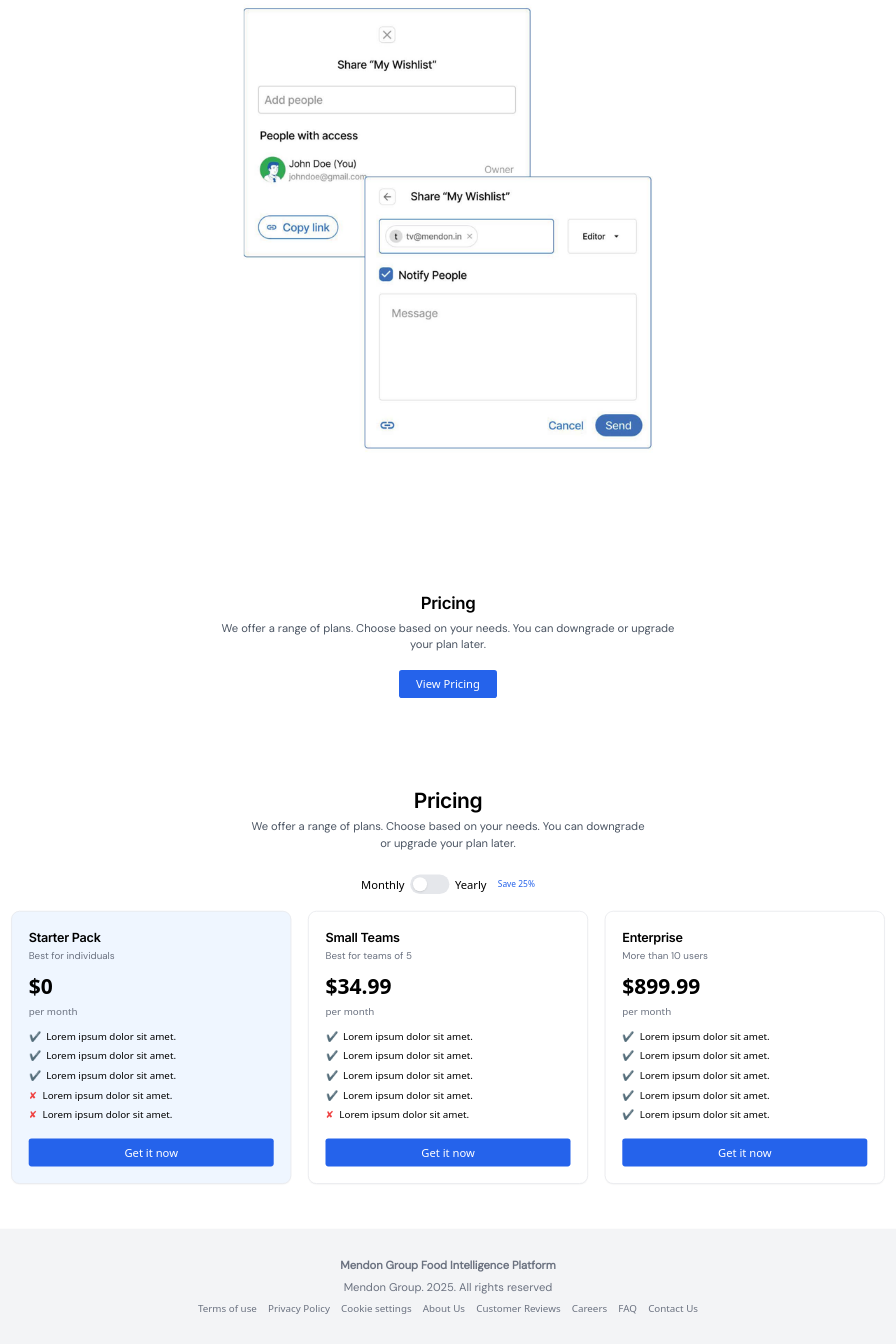
Repository: nikhilchikkam/im-project
Page: /products (app in frontend/)
An editor plug-in stored every save of this project. The page is shown before and after the next save, followed by the edit.
The browser window is 1280 px wide. The pictures show the part of the page from y = 1355 to 3275 px (the page is 3275 px tall before and 2995 px after), at 70% of full size.
The project was rebuilt for these pictures with package versions that can differ from the ones it lists, and the page was loaded fresh each time. Also part of the build but not shown: frontend/vite.config.ts, frontend/src/components/NavbarAfter.tsx, frontend/src/pages/AuthLandingPage.tsx, frontend/src/features/auth/AuthLayout.tsx, frontend/src/components/Input.tsx, frontend/src/features/auth/LoginForm.tsx, frontend/src/pages/LoginPage.tsx, frontend/src/features/auth/ForgotPasswordForm.tsx and 4 more.

Above is the page before, as saved 2025-06-11 19:20:36.

### frontend/index.html
<!doctype html>
<html lang="en">
  <head>
    <meta charset="UTF-8" />
    <link rel="icon" type="image/svg+xml" href="/vite.svg" />
    <link rel="preconnect" href="https://fonts.googleapis.com" />
    <link rel="preconnect" href="https://fonts.gstatic.com" crossorigin />
    <link href="https://fonts.googleapis.com/css2?family=Inter:wght@400;500;600&family=DM+Sans:wght@400&display=swap" rel="stylesheet" />
    <meta name="viewport" content="width=device-width, initial-scale=1.0" />
    <title>Nutrigence – Smarter Food Decisions</title>
</head>

  <body>
    <div id="root"></div>
    <script type="module" src="/src/main.tsx"></script>
  </body>
</html>

### frontend/src/main.tsx
// src/main.tsx
import React from 'react';
import ReactDOM from 'react-dom/client';
import App from './App';
import { BrowserRouter } from 'react-router-dom';
import './index.css';

ReactDOM.createRoot(document.getElementById('root')!).render(
  <React.StrictMode>
    <BrowserRouter>
      <App />
    </BrowserRouter>
  </React.StrictMode>
);

### frontend/src/App.tsx
// src/App.tsx
import { Routes, Route } from 'react-router-dom';
import AuthLandingPage from './pages/AuthLandingPage';
import LoginPage from './pages/LoginPage';
import ForgotPasswordPage from './pages/ForgotPasswordPage';
import ProductsPage from './pages/LandingPage';
import PricingPage from './pages/PricingPage';
import ResourcesPage from './pages/ResourcesPage';
import ContactPage from './pages/ContactPage';
import LandingPage from './pages/LandingPage';
// import SignupPage from './pages/SignupPage'; // Enable when needed

const App = () => {
  return (
    <Routes>

      <Route path="/" element={<LandingPage />} />

      <Route path="/auth" element={<AuthLandingPage />} />


      <Route path="/login" element={<LoginPage />} />
      <Route path="/forgot-password" element={<ForgotPasswordPage />} />
      {/* <Route path="/signup" element={<SignupPage />} /> */}


      <Route path="/products" element={<ProductsPage />} />
      <Route path="/pricing" element={<PricingPage />} />
      <Route path="/resources" element={<ResourcesPage />} />
      <Route path="/contact" element={<ContactPage />} />
    </Routes>
  );
};

export default App;

### frontend/src/index.css
@tailwind base;
@tailwind components;
@tailwind utilities;

@layer base {
  h1 { @apply text-h1 font-inter; }
  h2 { @apply text-h2 font-inter; }
  h3 { @apply text-h3 font-inter; }
  h4 { @apply text-h4 font-inter; }
  h5 { @apply text-h5 font-inter; }
  h6 { @apply text-h6 font-inter; }
  p  { @apply text-p font-dm; }
}

### frontend/src/pages/LandingPage.tsx
import { Link } from 'react-router-dom';
import NavbarBefore from '../components/NavbarBefore';
import { PricingSection } from '../features/pricing/PricingSection';

const LandingPage = () => {
  return (
    <div className="min-h-screen">
      <NavbarBefore />
      {/* Hero Section */}
      <section className="text-center px-6 py-16 max-w-3xl mx-auto">
        <div className="mb-4">
          <span className="text-sm px-4 py-1 rounded-full border border-blue-600 text-blue-600">
            more analysis features coming soon
          </span>
        </div>
        <h1 className="text-4xl font-bold mb-4">
          The Easiest Way to Find Foods That <br /> Meet the Standard.
        </h1>
        <p className="text-gray-600 mb-6">
          Quickly search, compare, and select food products that align with nutrition guidelines —
          built for restaurants, distributors, retailers, and manufacturers.
        </p>
        <button className="bg-blue-600 text-white px-6 py-2 rounded hover:bg-blue-700">
          Get it now
        </button>
      </section>

      {/* Summary Paragraph */}
      <div className="text-center text-gray-500 px-6 mb-16">
        <p>
          Lorem ipsum dolor sit amet, consectetur adipiscing elit, sed do eiusmod tempor incididunt ut
          labore et dolore magna aliqua. Lorem ipsum dolor sit amet.
        </p>
      </div>

      {/* Features Section */}
      <section className="px-6 py-16 max-w-6xl mx-auto text-center">
        <h2 className="text-2xl font-semibold mb-4">Quicker analysis</h2>
        <p className="text-gray-600 mb-10">
          Comparing doesn’t have to be hard. We offer a range of USDA-approved guidelines to compare
          the food products against.
        </p>
        <img src="comparison.png" alt="Product Comparison" className="mx-auto mb-16" />

        <h2 className="text-2xl font-semibold mb-2">Team collaboration</h2>
        <p className="text-gray-600 mb-10">
          Edit food lists whenever and wherever. We offer team collaboration to edit and make lists together.
        </p>
        <img src="collab.png" alt="Team Collaboration" className="mx-auto mb-16" />
      </section>

      {/* Pricing Teaser */}
      <section className="text-center px-6 py-16">
        <h2 className="text-2xl font-bold mb-2">Pricing</h2>
        <p className="text-gray-600 mb-6 max-w-2xl mx-auto">
          We offer a range of plans. Choose based on your needs. You can downgrade or upgrade your plan later.
        </p>
        <Link to="/pricing">
          <button className="bg-blue-600 text-white px-6 py-2 rounded hover:bg-blue-700">
            View Pricing
          </button>
        </Link>
      </section>

       <PricingSection />

      {/* Footer Placeholder */}
      <footer className="bg-gray-100 px-6 py-10 text-sm text-gray-500 text-center">
        <p className="font-semibold mb-2">Mendon Group Food Intelligence Platform</p>
        <p>Mendon Group. 2025. All rights reserved</p>
        <div className="flex justify-center gap-4 mt-2 flex-wrap">
          <a href="#">Terms of use</a>
          <a href="#">Privacy Policy</a>
          <a href="#">Cookie settings</a>
          <a href="#">About Us</a>
          <a href="#">Customer Reviews</a>
          <a href="#">Careers</a>
          <a href="#">FAQ</a>
          <a href="#">Contact Us</a>
        </div>
      </footer>
    </div>
  );
};

export default LandingPage;

### frontend/src/components/NavbarBefore.tsx
import { Link } from 'react-router-dom';
import { Button } from './Button';

const NavbarBefore = () => {
  return (
    <header className="w-full px-6 py-4 flex justify-between items-center border-b">
      <div className="text-xl font-bold">Nutrition Logo</div>
      <nav className="flex gap-6 text-base font-medium">
        <Link to="/products">Products</Link>
        <Link to="/pricing">Pricing</Link>
        <Link to="/resources">Resources</Link>
        <Link to="/contact">Contact us</Link>
        <Link to="/signup">
          <Button size="sm">Sign up</Button>
        </Link>
      </nav>
    </header>
  );
};

export default NavbarBefore;

### frontend/src/components/Button.tsx
import React from 'react';
import clsx from 'clsx';

type ButtonProps = {
  children: React.ReactNode;
  variant?: 'primary' | 'secondary' | 'outline' | 'ghost';
  size?: 'sm' | 'md' | 'lg';
  type?: 'button' | 'submit' | 'reset';
  disabled?: boolean;
  onClick?: () => void;
  className?: string;
};

const base = 'rounded-xl font-medium transition-colors focus:outline-none focus-visible:ring-2';
const sizes = {
  sm: 'px-3 py-1.5 text-sm',
  md: 'px-4 py-2 text-base',
  lg: 'px-6 py-3 text-lg',
};
const variants = {
  primary: 'bg-[#2480f8] text-white hover:bg-[#185abc]',
  secondary: 'bg-[#34A853] text-white hover:bg-green-700',
  outline: 'border border-[#2480f8] text-[#2480f8] hover:bg-blue-50',
  ghost: 'text-[#2480f8] hover:bg-blue-50',
};

export const Button = ({
  children,
  variant = 'primary',
  size = 'md',
  type = 'button',
  disabled,
  onClick,
  className,
}: ButtonProps) => (
  <button
    type={type}
    onClick={onClick}
    disabled={disabled}
    className={clsx(base, sizes[size], variants[variant], className, { 'opacity-50 cursor-not-allowed': disabled })}
  >
    {children}
  </button>
);

### frontend/src/features/pricing/PricingSection.tsx
import { useState } from 'react';
import { PricingToggle } from './PricingToggle';
import { PricingCard } from './PricingCard';

const plans = {
  monthly: [
    {
      title: 'Starter Pack',
      subtitle: 'Best for individuals',
      price: '$0',
      period: 'per month',
      features: [true, true, true, false, false],
    },
    {
      title: 'Small Teams',
      subtitle: 'Best for teams of 5',
      price: '$34.99',
      period: 'per month',
      features: [true, true, true, true, false],
    },
    {
      title: 'Enterprise',
      subtitle: 'More than 10 users',
      price: '$899.99',
      period: 'per month',
      features: [true, true, true, true, true],
    },
  ],
  yearly: [
    {
      title: 'Starter Pack',
      subtitle: 'Best for individuals',
      price: '$0',
      period: 'per year',
      features: [true, true, true, false, false],
    },
    {
      title: 'Small Teams',
      subtitle: 'Best for teams of 5',
      price: '$799.99',
      period: 'per year',
      features: [true, true, true, true, false],
    },
    {
      title: 'Enterprise',
      subtitle: 'More than 10 users',
      price: '$1099.99',
      period: 'per year',
      features: [true, true, true, true, true],
    },
  ],
};

const featureTexts = [
  'Lorem ipsum dolor sit amet.',
  'Lorem ipsum dolor sit amet.',
  'Lorem ipsum dolor sit amet.',
  'Lorem ipsum dolor sit amet.',
  'Lorem ipsum dolor sit amet.',
];

export const PricingSection = () => {
  const [billing, setBilling] = useState<'monthly' | 'yearly'>('monthly');

  return (
    <section className="max-w-7xl mx-auto px-4 py-16">
      <h2 className="text-3xl font-bold text-center mb-2">Pricing</h2>
      <p className="text-center text-gray-600 max-w-xl mx-auto mb-8">
        We offer a range of plans. Choose based on your needs. You can downgrade or upgrade your plan later.
      </p>

      <PricingToggle billing={billing} onChange={setBilling} />

      <div className="grid md:grid-cols-3 gap-6">
        {plans[billing].map((plan, i) => (
          <PricingCard
            key={i}
            title={plan.title}
            subtitle={plan.subtitle}
            price={plan.price}
            period={plan.period}
            features={featureTexts.map((text, idx) => ({
              text,
              included: plan.features[idx],
            }))}
            highlight={i === 0} // highlight starter
          />
        ))}
      </div>
    </section>
  );
};

### frontend/src/features/pricing/PricingToggle.tsx
type Props = {
  billing: 'monthly' | 'yearly';
  onChange: (val: 'monthly' | 'yearly') => void;
};

export const PricingToggle = ({ billing, onChange }: Props) => {
  return (
    <div className="flex items-center gap-2 mb-6 justify-center">
      <span>Monthly</span>
      <button
        className={`w-14 h-7 rounded-full p-1 transition bg-gray-200 flex ${
          billing === 'yearly' ? 'justify-end' : 'justify-start'
        }`}
        onClick={() => onChange(billing === 'monthly' ? 'yearly' : 'monthly')}
      >
        <div className="w-5 h-5 bg-white rounded-full shadow" />
      </button>
      <span>Yearly</span>
      <span className="text-xs text-blue-600 ml-2">Save 25%</span>
    </div>
  );
};

### frontend/src/features/pricing/PricingCard.tsx
type PricingCardProps = {
  title: string;
  subtitle: string;
  price: string;
  period: string;
  features: { text: string; included: boolean }[];
  highlight?: boolean;
};

export const PricingCard = ({
  title,
  subtitle,
  price,
  period,
  features,
  highlight = false,
}: PricingCardProps) => {
  return (
    <div className={`rounded-xl p-6 shadow-sm border ${highlight ? 'bg-blue-50' : 'bg-white'}`}>
      <h3 className="text-lg font-semibold">{title}</h3>
      <p className="text-sm text-gray-500 mb-4">{subtitle}</p>
      <div className="text-3xl font-bold mb-2">{price}</div>
      <div className="text-sm text-gray-500 mb-4">{period}</div>

      <ul className="space-y-2 mb-6">
        {features.map((f, idx) => (
          <li key={idx} className="flex items-center gap-2 text-sm">
            <span className={f.included ? 'text-green-600' : 'text-red-500'}>
              {f.included ? '✔' : '✘'}
            </span>
            {f.text}
          </li>
        ))}
      </ul>

      <button className="w-full py-2 bg-blue-600 text-white rounded hover:bg-blue-700">
        Get it now
      </button>
    </div>
  );
};

### frontend/tailwind.config.js
/** @type {import('tailwindcss').Config} */
export default {
  content: [
    "./index.html",
    "./src/**/*.{js,ts,jsx,tsx}",
  ],
  theme: {
    extend: {
      fontFamily: {
        inter: ['Inter', 'sans-serif'],
        dm: ['"DM Sans"', 'sans-serif'],
      },
      colors: {
        primary: '#2480f8',
        secondary: '#185abc',
        accent: '#34A853',
        error: {
          DEFAULT: '#FF2E1F',
          light: '#FF9283',
          medium: '#FF6051',
        },
        warning: {
          light: '#FFFFC4',
          DEFAULT: '#FFFF9C',
          strong: '#f3f63d',
        },
        success: {
          light: '#82FF82',
          DEFAULT: '#1EEA1E',
          strong: '#00CC00',
        },
        neutral: {
          50: '#ffffff',
          100: '#e8e8e8',
          200: '#d2d2d2',
          300: '#bbbbbb',
          400: '#a4a4a4',
          500: '#8e8e8e',
          600: '#777777',
          700: '#606060',
          800: '#4a4a4a',
          900: '#333333',
        },
      },
      fontSize: {
        h1: ['48px', { lineHeight: '100%', letterSpacing: '-0.02em', fontWeight: '600' }],
        h2: ['24px', { lineHeight: '140%', letterSpacing: '-0.02em', fontWeight: '500' }],
        h3: ['20px', { lineHeight: '140%', letterSpacing: '-0.02em', fontWeight: '400' }],
        h4: ['18px', { lineHeight: '140%', letterSpacing: '-0.02em', fontWeight: '400' }],
        h5: ['16px', { lineHeight: '140%', letterSpacing: '-0.02em', fontWeight: '500' }],
        'h5-1': ['16px', { lineHeight: '140%', letterSpacing: '-0.02em', fontWeight: '400' }],
        h6: ['14px', { lineHeight: '140%', letterSpacing: '-0.02em', fontWeight: '400' }],
        h7: ['12px', { lineHeight: '140%', letterSpacing: '-0.02em', fontWeight: '400' }],
        h8: ['12px', { lineHeight: '140%', letterSpacing: '-0.02em', fontWeight: '500' }],
        p: ['16px', { lineHeight: '24px', fontWeight: '400' }],
        sideheading: ['18px', { lineHeight: '24px', fontWeight: '700' }],
      },
    },
  },
  plugins: [],
};

After the next save:
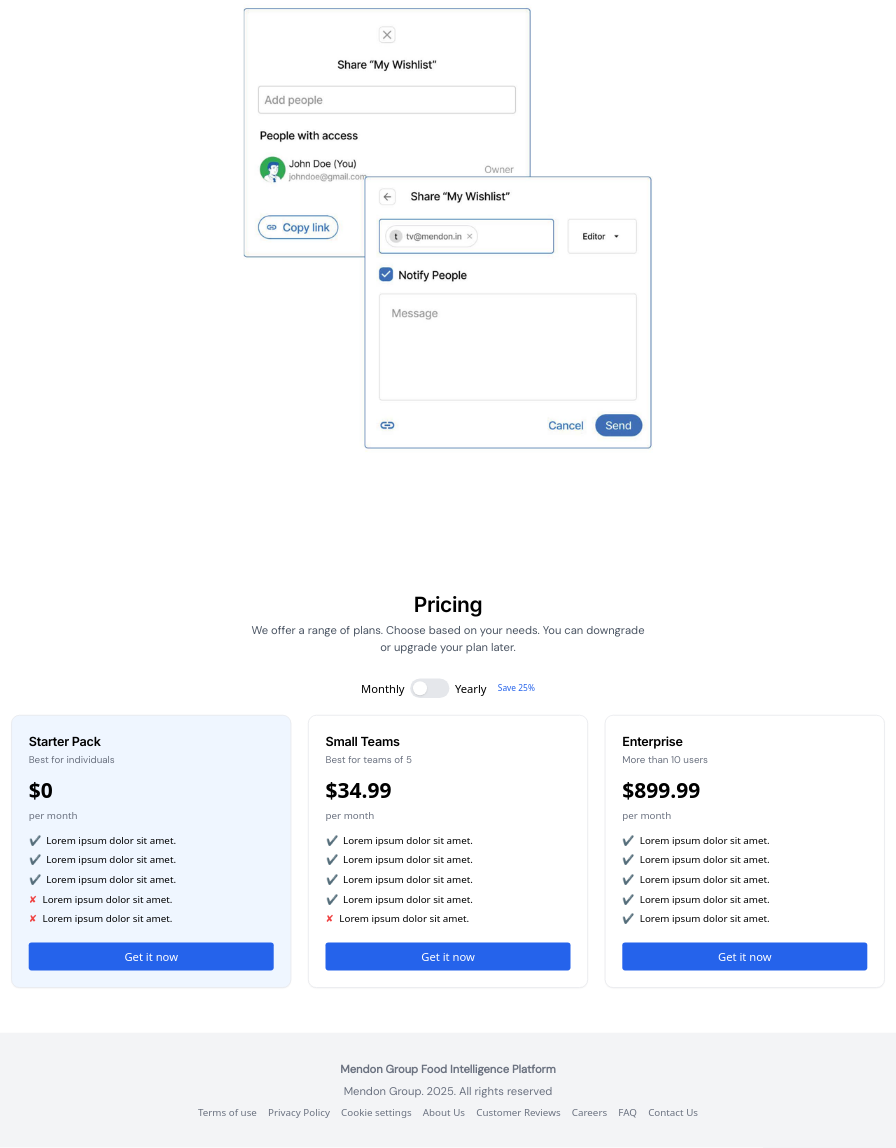
Saved 4 min 2 s later.
--- a/frontend/src/pages/LandingPage.tsx
+++ b/frontend/src/pages/LandingPage.tsx
@@ -49,19 +49,6 @@ const LandingPage = () => {
         <img src="collab.png" alt="Team Collaboration" className="mx-auto mb-16" />
       </section>
 
-      {/* Pricing Teaser */}
-      <section className="text-center px-6 py-16">
-        <h2 className="text-2xl font-bold mb-2">Pricing</h2>
-        <p className="text-gray-600 mb-6 max-w-2xl mx-auto">
-          We offer a range of plans. Choose based on your needs. You can downgrade or upgrade your plan later.
-        </p>
-        <Link to="/pricing">
-          <button className="bg-blue-600 text-white px-6 py-2 rounded hover:bg-blue-700">
-            View Pricing
-          </button>
-        </Link>
-      </section>
-
        <PricingSection />
 
       {/* Footer Placeholder */}
